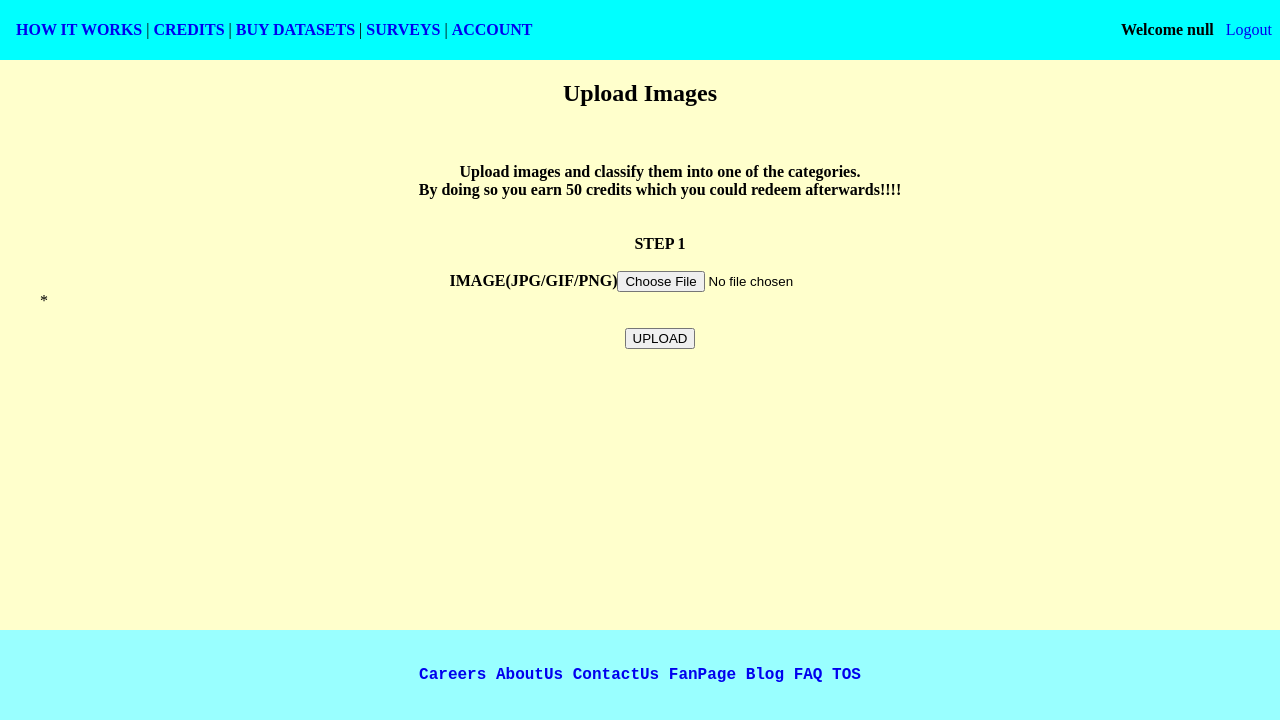
Repository: nicks707/LocoShack_TGMC-project
Page: http://localhost/ram/uploadphoto.jsp
These files come from the project's save history. The page is drawn as it stood at one moment and after the next save; the edit follows.
The browser window is 1280 px wide. The pictures show the whole page.
The page is served by Tomcat 9.

Above is the page before, as saved 2012-03-20 15:12:17.

After the next save:
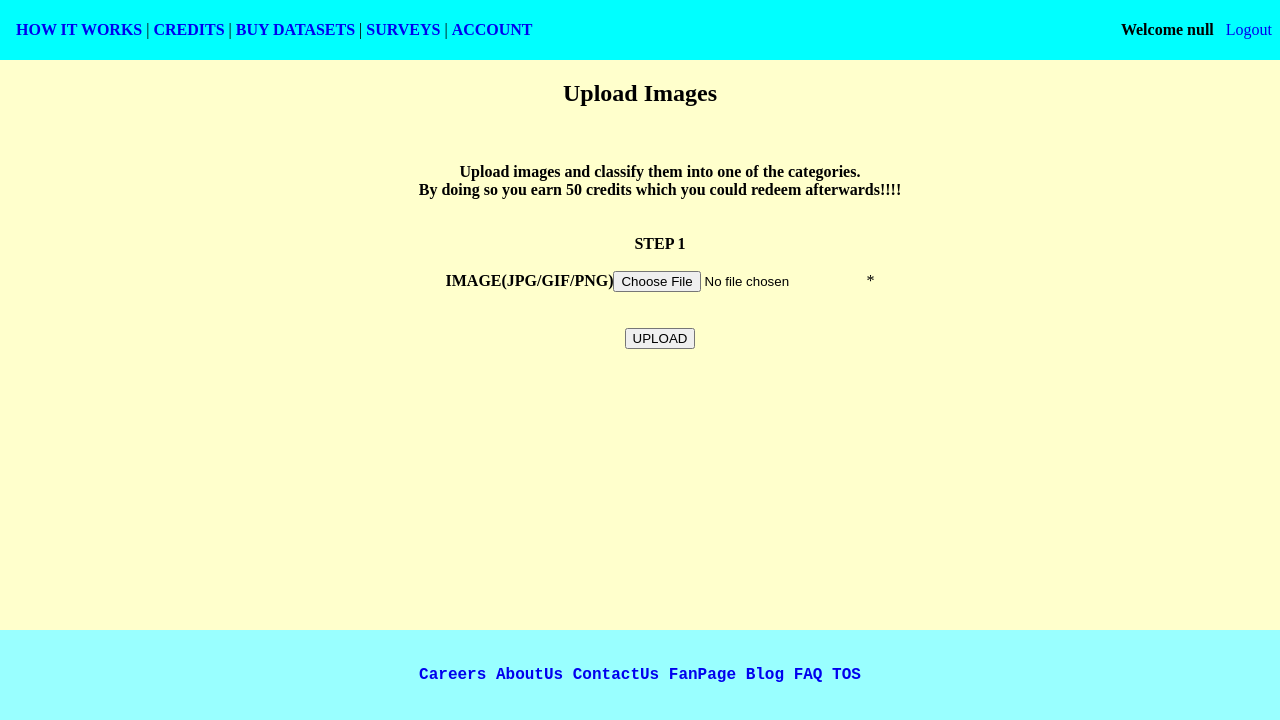
Saved 102 s later.
--- a/ram/WebContent/uploadphoto.jsp
+++ b/ram/WebContent/uploadphoto.jsp
@@ -39,7 +39,7 @@ By doing so you earn 50 credits which you could redeem afterwards!!!!</center></
 <form  name="myform" onsubmit=" return checkfield();"  enctype="multipart/form-data" action="FileUploadServlet" method="post">
 
 <center><b>STEP 1</b></center><br/>
-<b><center>IMAGE(JPG/GIF/PNG)</b><input type="file" name="image" id="image" size="40"></center>*<br/><br/>
+<b><center>IMAGE(JPG/GIF/PNG)</b><input type="file" name="image" id="image" size="40">*</center><br/><br/>
 <center><input type="submit" value="UPLOAD"></center>
 
 </form>
